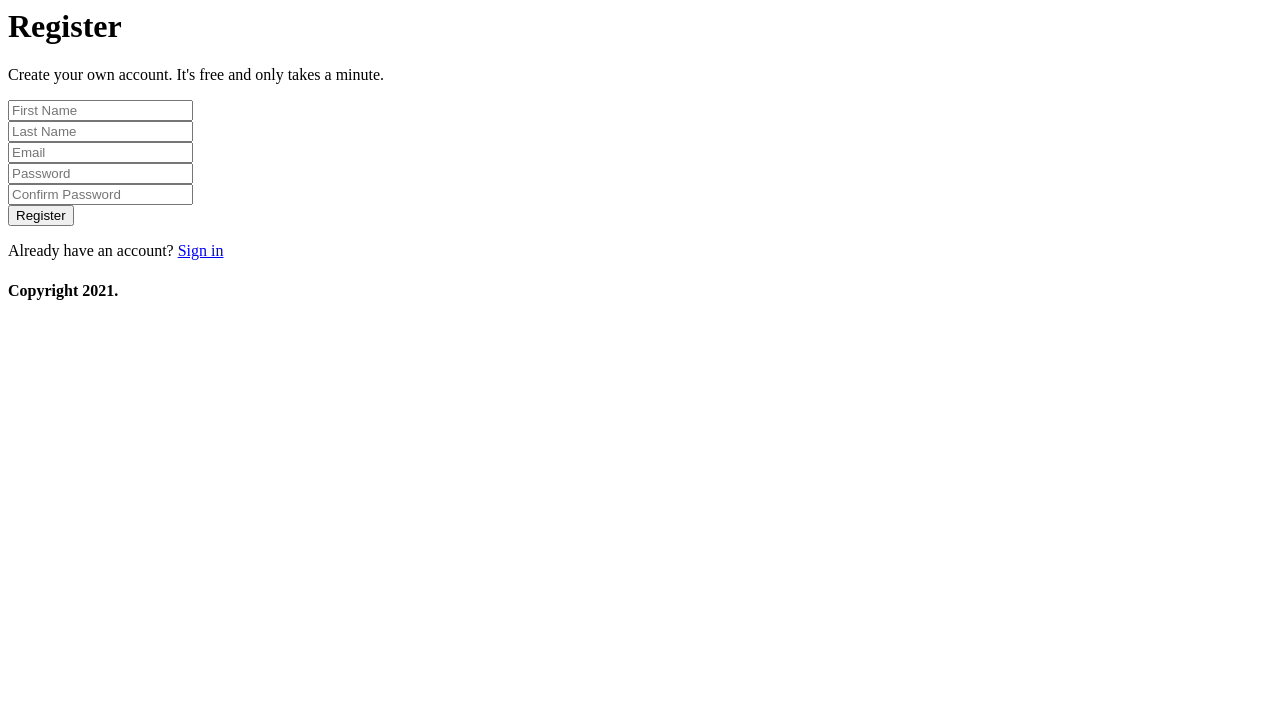
Repository: vans12345678/WEBD6201-W2021-Lab2
Page: register.html
An editor plug-in stored every save of this project. The page is shown before and after the next save, followed by the edit.
The browser window is 1280 px wide. The pictures show the whole page.

Above is the page before, as saved 2021-02-24 18:11:11.

After the next save:
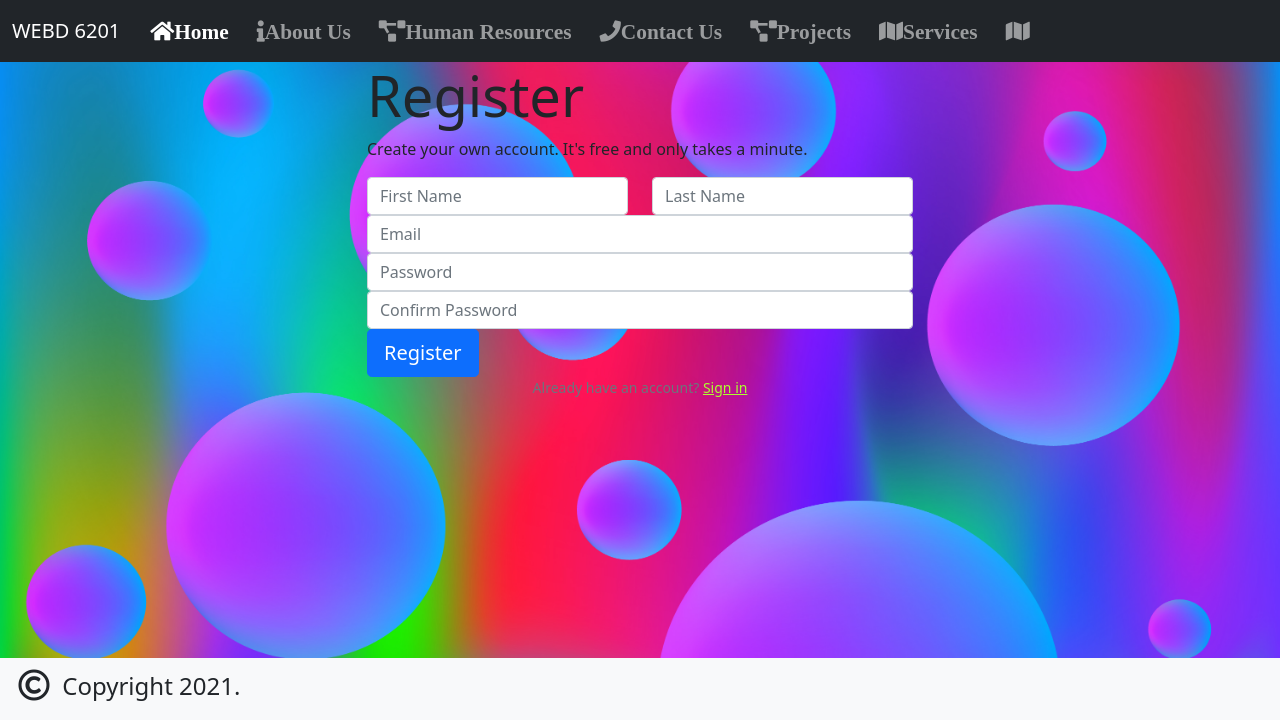
Console error: TypeError: Cannot set properties of null (setting 'textContent')
Saved 14 s later.
--- a/register.html
+++ b/register.html
@@ -1,3 +1,49 @@
+<!DOCTYPE html>
+<html lang="en">
+<head>
+    <meta charset="UTF-8">
+    <meta name="viewport" content="width=device-width, initial-scale=1.0">
+    <title>Login</title>
+    <!-- CSS Section -->
+    <link rel="stylesheet" href="./node_modules/bootstrap/dist/css/bootstrap.min.css">
+    <link rel="stylesheet" href="./node_modules/@fortawesome/fontawesome-free/css/all.min.css">
+    <link rel="stylesheet" href="./Content/app.css">
+</head>
+<body class ="Vapor">
+    <!-- Main Header -->
+    <header>
+        <!-- Main Navigation -->
+        <nav class="navbar navbar-expand-lg navbar-dark bg-dark">
+            <div class="container-fluid">
+                <a id ="navHome" class="navbar-brand" href="index.html"></a>
+                <button class="navbar-toggler" type="button" data-bs-toggle="collapse" data-bs-target="#navbarSupportedContent" aria-controls="navbarSupportedContent" aria-expanded="false" aria-label="Toggle navigation">
+                  <span class="navbar-toggler-icon"></span>
+                </button>
+                <div class="collapse navbar-collapse" id="navbarSupportedContent">
+                  <ul id = "ulNav" class="navbar-nav me-auto mb-2 mb-lg-0">
+                    <li class="nav-item">
+                      <a  class="nav-link active" aria-current="page" href="index.html"><i id ="navIndex"class = "fas fa-home fa-lg"></i></a>
+                    </li>
+                    <li class="nav-item" id ="navAbout">
+                      <a  class="nav-link " aria-current="page" href="about.html"><i id ="navAboutItem"class = "fas fa-info fa-lg"></i></a>
+                    </li>
+                    <li class="nav-item">
+                      <a  class="nav-link " aria-current="page" href="contact.html"><i id ="navContact"class = "fas fa-phone fa-lg"></i></a>
+                    </li>
+                    <li class="nav-item">
+                      <a  class="nav-link" aria-current="page" href="projects.html"><i id ="navProjects" class ="fas fa-project-diagram fa-lg">Products</i></a>
+                    </li>
+                    <li class="nav-item">
+                      <a  class="nav-link " aria-current="page" href="services.html"><i id ="navServices"class = "fas fa-map fa-lg"></i></a>
+                    </li>
+                    <li class="nav-item">
+                      <a  class="nav-link " aria-current="page" href="login.html"><i id ="navLogin"class = "fas fa-map fa-lg"></i></a>
+                    </li>
+                  </ul>
+                </div>
+              </div>
+          </nav>
+    </header>
 <!-- Main Content -->
 <main class="container" id="mainContent">
     <div class="row">

After the save that followed:
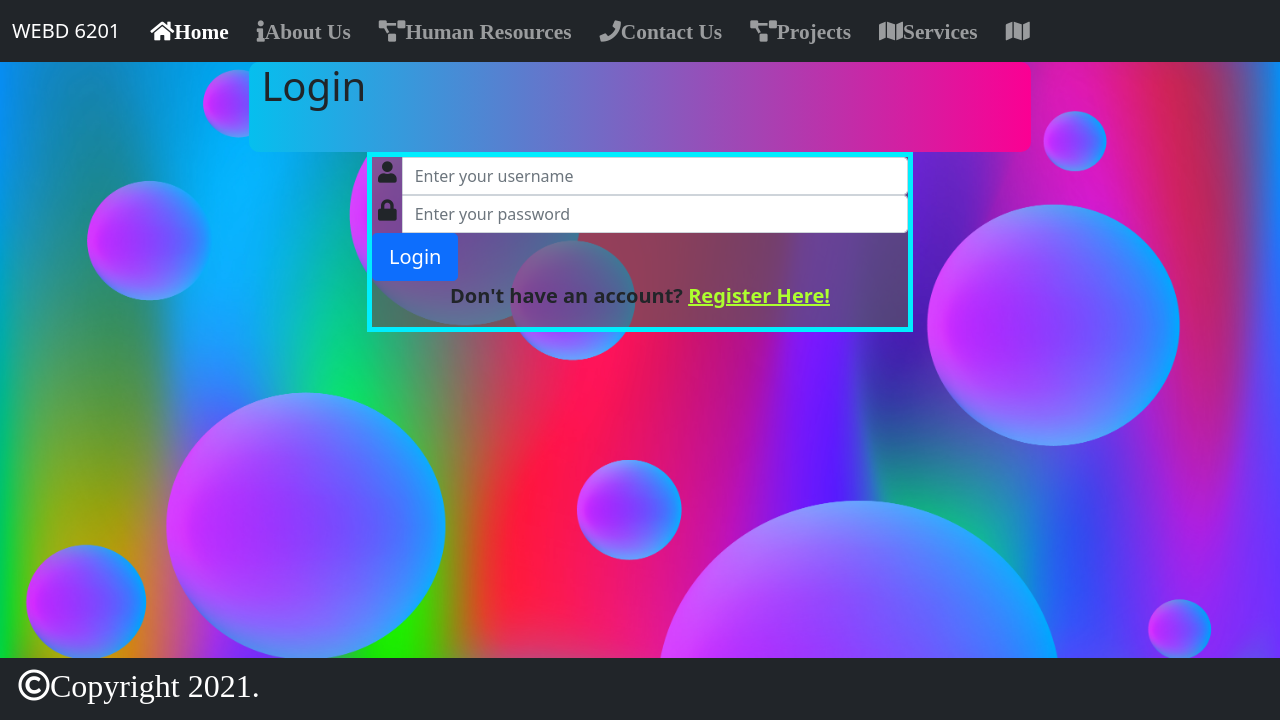
The error is gone.
Saved 40 s later.
--- a/register.html
+++ b/register.html
@@ -46,85 +46,58 @@
     </header>
 <!-- Main Content -->
 <main class="container" id="mainContent">
-    <div class="row">
-        <div class="offset-md-3 col-md-6 col-sm-12">
-              <div class="login" id="contentArea">
-                  <h1 class="display-4">Register</h1>
-                  <form id="registerForm" novalidate>
-                    <p class="hint-text">Create your own account. It's free and only takes a minute.</p>
-
-                    <div class="form-group">
-                      <div class="row">
-                        <div class="col-md-6">
-                          <input class="form-control" type="text" name="firstName" id="FirstName" placeholder="First Name" required>
-                        </div>
-                        <div class="col-md-6">
-                          <input class="form-control" type="text" name="lastName" id="lastName" placeholder="Last Name" required>
-                        </div>
-                      </div>
+    <h1 class = "container">Login</h1>
+  <div class="row">
+      <div class="offset-md-3 col-md-6 col-sm-12">
+            <div class="login" id="contentArea"></div>
+                <div id = "messageArea"></div>
+                <form class = "fromBackground" id="loginForm" novalidate>
+                  <div class="form-group">
+                    <div class="input-group">
+                      <span class="input-group-addon">
+                        <i class="fa fa-user fa-lg">
+                        </i>
+                      </span>
+                      <input type="text" class="form-control" id="username" name="username"  required
+                      value="" placeholder="Enter your username">
                     </div>
 
+                  </div>
+                  <div class="form-group">
+                    <div class="input-group">
+                      <span class="input-group-addon">
+                        <i class="fa fa-lock fa-lg">
+                        </i>
+                      </span>
+                      <input type="password" class="form-control" id="password" name="password"  required
+                      value="" placeholder="Enter your password">
+                    </div>
+                  </div>
+                  <div class="text-right">
+                    <button id="submitButton" type="submit" class="btn btn-primary btn-lg">Login</button>
+                  </div>
+                  <p class="text-center fs-5 fw-bold">
+                    Don't have an account?
+                    <a href="register.html">Register Here!</a>
+                </p>
+                </form>
+            </div>
 
-                    <div class="form-group">
-                      <div class="row">
-                        <div class="col-md-12">
-                          <input type="email" class="form-control" id="emailAddress" name="emailAddress" required
-                          value="" placeholder="Email">
-                        </div>
-                      </div>
-
-                    </div>
-
-                    <div class="form-group">
-                      <div class="row">
-                        <div class="col-md-12">
-                          <input type="password" class="form-control" id="password" name="password"  required
-                          value="" placeholder="Password">
-                        </div>
-                      </div>
-
-                    </div>
-
-                    <div class="form-group">
-                      <div class="row">
-                        <div class="col-md-12">
-                          <input type="password" class="form-control" id="confirmPassword" name="confirmPassword"  required
-                          value="" placeholder="Confirm Password">
-                        </div>
-                      </div>
-
-                    </div>
-
-
-                    <div class="text-right">
-                      <button id="submitButton" type="submit" class="btn btn-primary btn-lg">Register</button>
-                    </div>
-                  </form>
-
-              </div>
-              <p class="text-center text-muted small">
-                Already have an account?
-                <a href="login.html">Sign in</a>
-              </p>
-        </div>
-    </div>
+      </div>
+  </div>
 </main>
 
-  <!-- Main Footer -->
-  <footer>
-      <nav class="navbar fixed-bottom navbar-light bg-light">
-          <div class="container-fluid">
-            <h4><i class="far fa-copyright fa-lg"></i> Copyright 2021.</h4>
-          </div>
-        </nav>
-  </footer>
-
-  <!-- Script Section-->
-  <script src="./node_modules/jquery/dist/jquery.min.js"></script>
-  <script src="./node_modules/bootstrap/dist/js/bootstrap.bundle.min.js"></script>
-
-  <script src="./Scripts/namespace.js"></script>
-  <script src="./Scripts/user.js"></script>
-  <script src="./Scripts/app.js"></script>
+<!-- Main Footer -->
+<footer>
+    <nav class="navbar fixed-bottom navbar-dark bg-dark">
+        <div class="container-fluid">
+            <h4><i id = "footer" class="far fa-copyright fa-lg site-footer"></i></h4>
+        </div>
+      </nav>
+</footer>
+<!-- Script Section -->
+<script src="./node_modules/jquery/dist/jquery.min.js"></script>
+<script src="./node_modules/bootstrap/dist/js/bootstrap.bundle.min.js"></script>
+<script src="./Scripts/app.js"></script>
 </body>
 </html>
